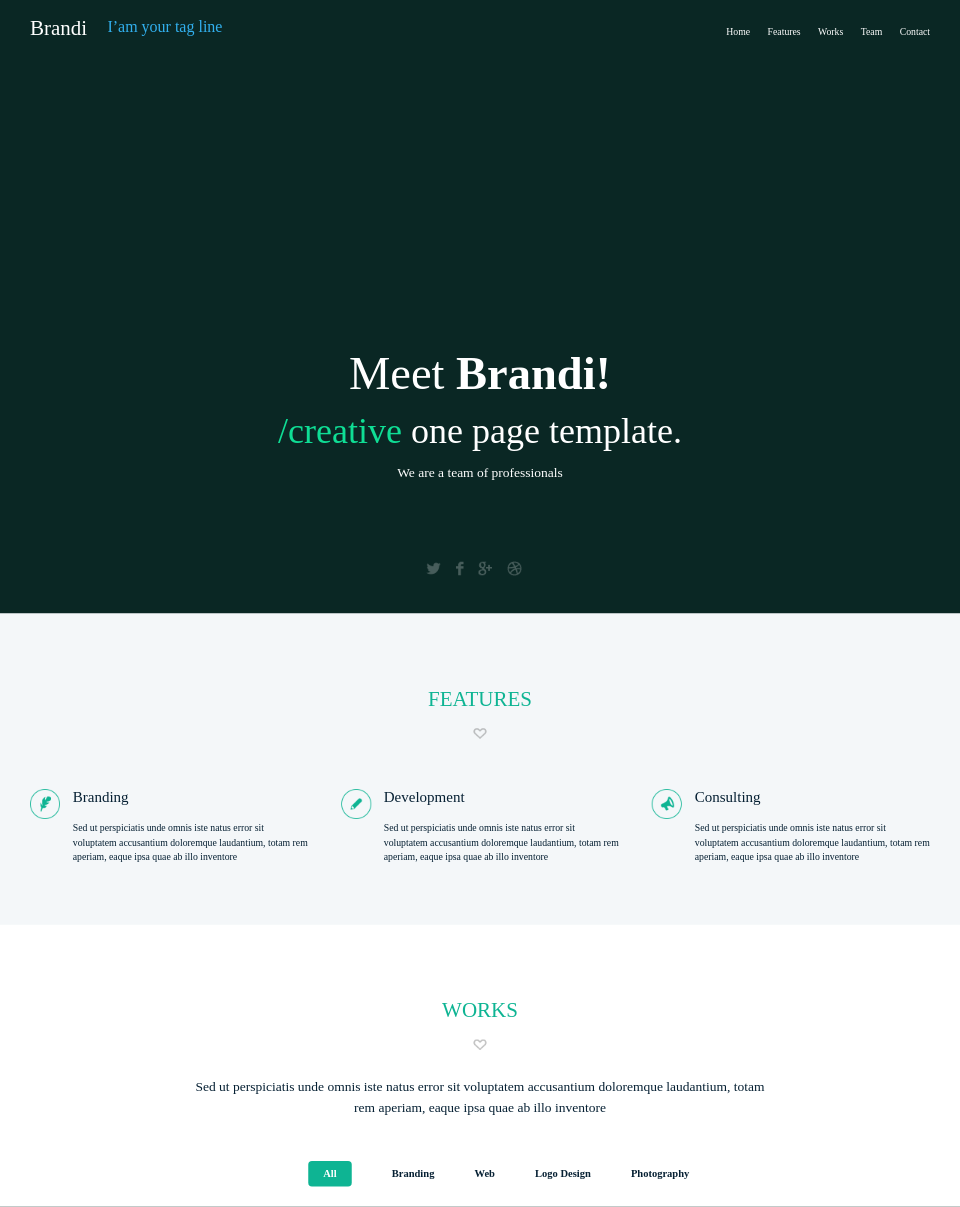
Repository: iravakilova/Brandi
Page: app/index.html
The author's editor kept a copy of each file at every save. The page is drawn from the files as they stood at one save, then again after the next save.
The browser window is 1280 px wide. The pictures show the whole page, at 75% of full size.
The pointer rests on the first visible `.works-menu__link`.

Above is the page before, as saved 2020-02-15 14:37:29.

After the next save:
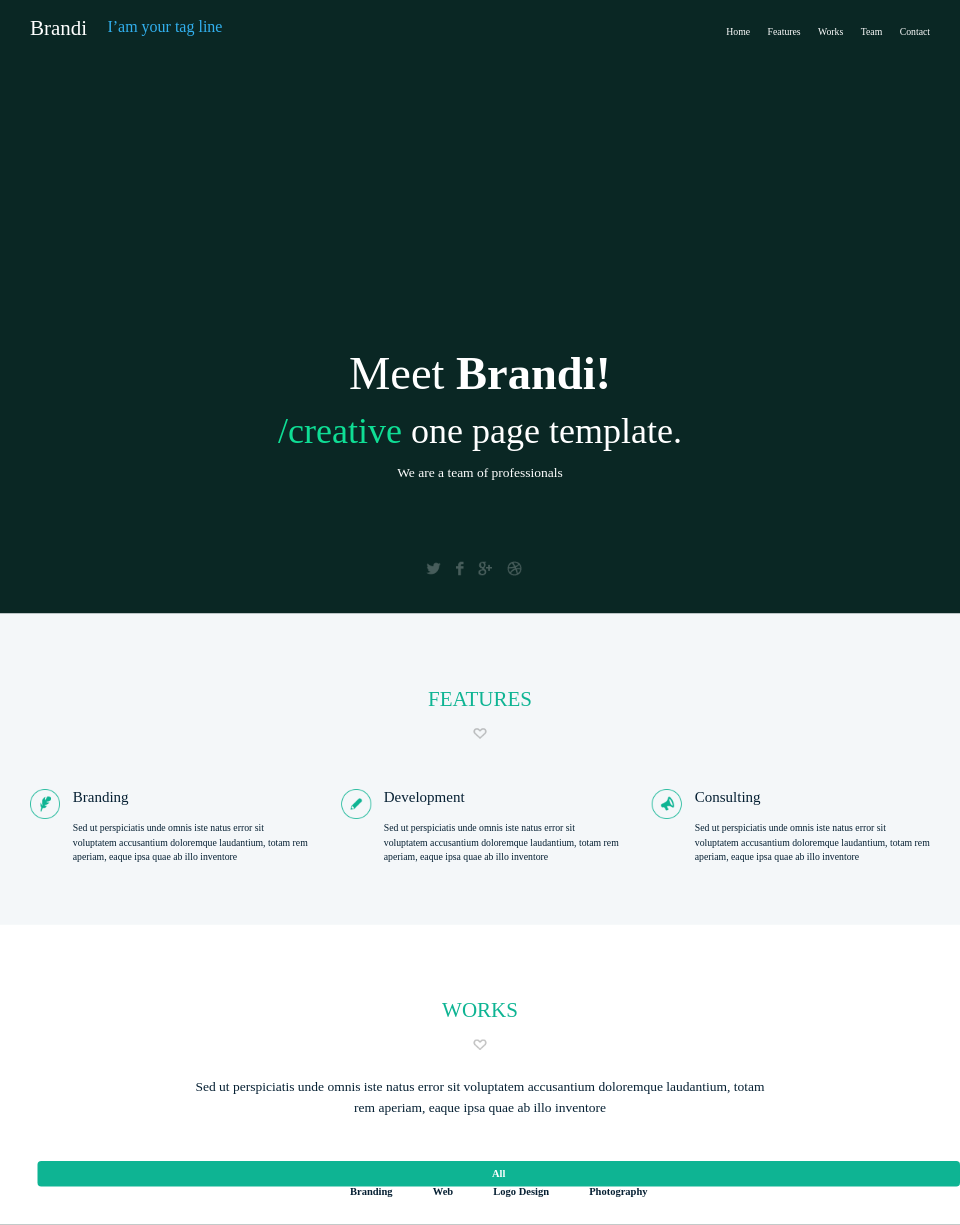
Saved 82 s later.
--- a/app/style.css
+++ b/app/style.css
@@ -159,5 +159,5 @@
     background-color:  #0eb493;
     padding: 10px 20px;
     border-radius: 5px;
-
+    display:block;
 }

After the save that followed:
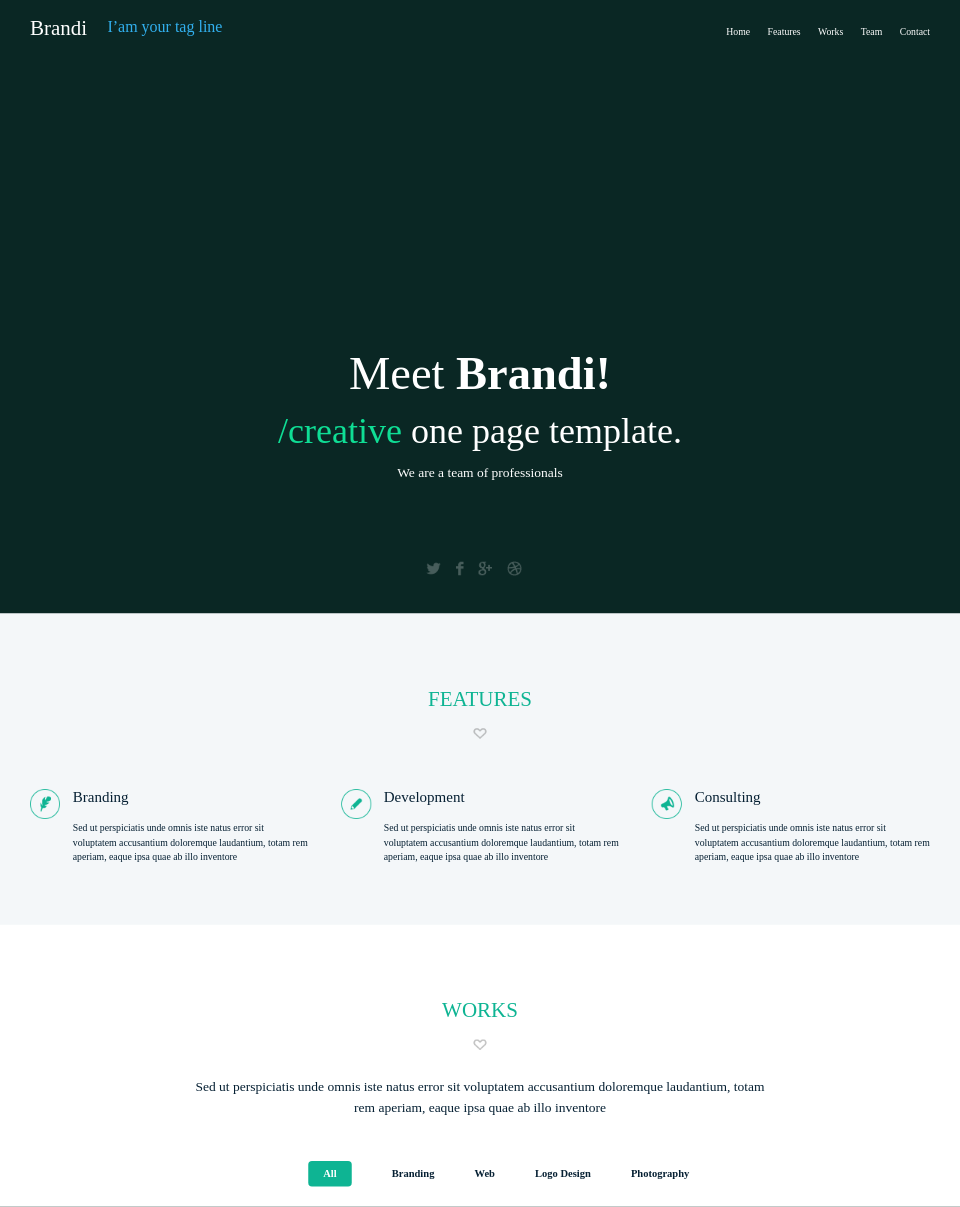
Saved 11 s later.
--- a/app/style.css
+++ b/app/style.css
@@ -143,6 +143,7 @@
 }
 .works-menu {
     padding-top: 58px;
+
     font-family: "OpenSans-Bold", "AdobeInvisFont", "MyriadPro-Regular";
     font-size: 14px;
     font-weight: bold;
@@ -159,5 +160,4 @@
     background-color:  #0eb493;
     padding: 10px 20px;
     border-radius: 5px;
-    display:block;
 }
